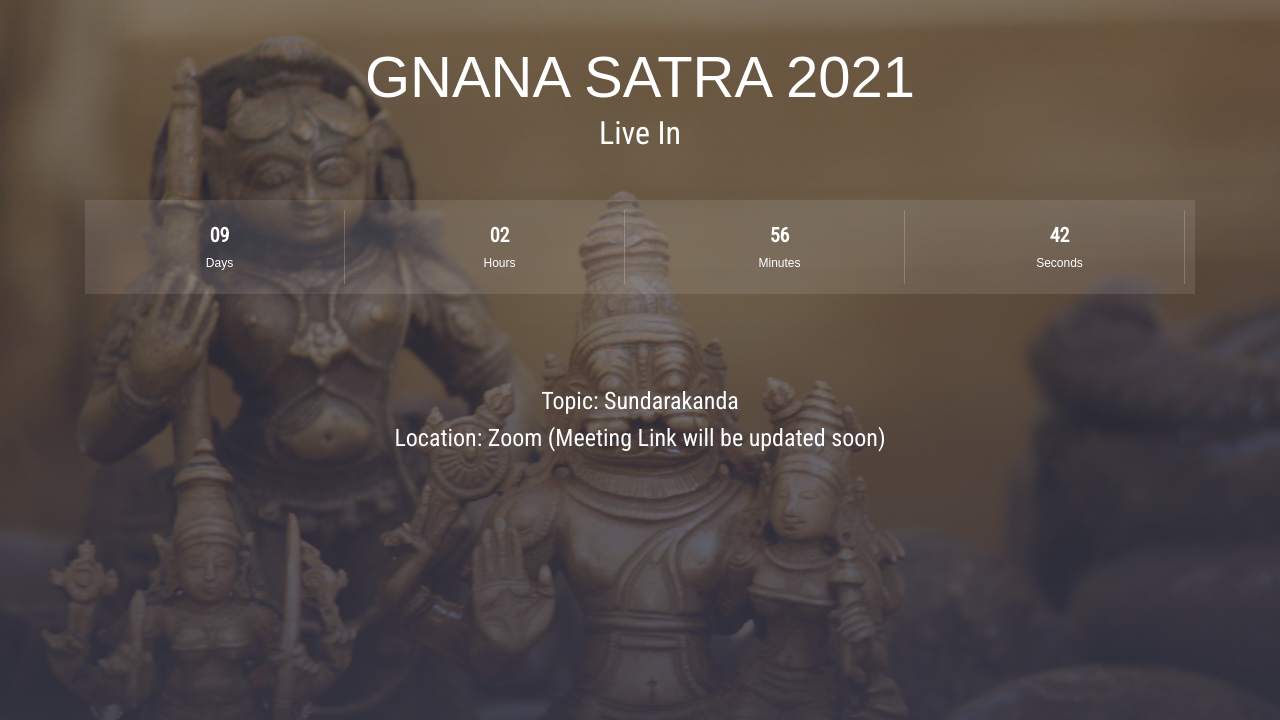
Repository: anirudhbichal/gs
Page: /
An editor plug-in stored every save of this project. The page is shown before and after the next save, followed by the edit.
The browser window is 1280 px wide. The pictures show the whole page.
Some web fonts or font styles are not loaded; a fallback is used. The project was rebuilt for these pictures with package versions that can differ from the ones it lists, and the page was loaded fresh each time.

Above is the page before, as saved 2021-05-17 18:24:50.

### public/index.html
<!DOCTYPE html>
<html lang="en">
  <head>
    <meta charset="utf-8" />
    <meta name="viewport" content="width=device-width, initial-scale=1" />
    <meta name="theme-color" content="#000000" />
    <meta
      name="description"
      content="Gnana Satra website"
    />
    <link rel="apple-touch-icon" href="%PUBLIC_URL%/logo192.png" />
    <!--
      manifest.json provides metadata used when your web app is installed on a
      user's mobile device or desktop. See https://developers.google.com/web/fundamentals/web-app-manifest/
    -->
    <link rel="manifest" href="%PUBLIC_URL%/manifest.json" />
    <!--
      Notice the use of %PUBLIC_URL% in the tags above.
      It will be replaced with the URL of the `public` folder during the build.
      Only files inside the `public` folder can be referenced from the HTML.

      Unlike "/favicon.ico" or "favicon.ico", "%PUBLIC_URL%/favicon.ico" will
      work correctly both with client-side routing and a non-root public URL.
      Learn how to configure a non-root public URL by running `npm run build`.
    -->
    <title>Gnana Satra</title>
  </head>
  <body>
    <noscript>You need to enable JavaScript to run this app.</noscript>
    <div id="root"></div>
    <!--
      This HTML file is a template.
      If you open it directly in the browser, you will see an empty page.

      You can add webfonts, meta tags, or analytics to this file.
      The build step will place the bundled scripts into the <body> tag.

      To begin the development, run `npm start` or `yarn start`.
      To create a production bundle, use `npm run build` or `yarn build`.
    -->
  </body>
</html>

### src/App.js
import 'bootstrap/dist/css/bootstrap.min.css';
import './App.css';
import Container from 'react-bootstrap/Container';
import Timer from "./components/countdown/Timer";

function App() {
  return (
    <div className="App">
      <Container className="my-5">
        <h1>
          Gnana Satra 2021
        </h1>
        <h2 className="mb-5">Live In</h2>
        <Timer />
        <h4 className="mt-5 css-typing">
          Annual Gnana satra this year from 26/5/2021 to 1/6/2021 from 7 pm to 8pm by Shri PT Venkatagirish Achar
        </h4>
        <h4 className="mt-3">
          Topic: Sundarakanda
        </h4>
        <h4>
          Location: Zoom (Meeting Link will be updated soon)
        </h4>
      </Container>
    </div>
  );
}

export default App;

### src/App.css
@import url("https://fonts.googleapis.com/css?family=Roboto+Condensed&display=swap");
@import url('https://fonts.cdnfonts.com/css/samarkan');

body {
  color: #fff;
  font-family: "Roboto Condensed", sans-serif;
  background-image: url('gs-bg.jpg');
  background-position: top top;
  background-size: cover;
  margin: 0;
}

.App {
  position: fixed;
  top: 0;
  left: 0;
  right: 0;
  bottom: 0;
  text-align: center;
  background: rgb(55, 55, 70);
  background: linear-gradient(
    0deg,
    rgba(55, 55, 70, 0.9) 0%,
    rgba(55, 55, 70, 0.7) 50%,
    rgba(55, 55, 70, 0.6) 100%
  );
}

h1 {
  font-family: 'Samarkan', sans-serif;
  font-size: 58px;
  text-transform: uppercase;
  line-height: 1;
}

.css-typing {
  border-right: .15em solid white;
  width: auto;
  white-space: nowrap;
  overflow: hidden;
  -webkit-animation: type 2s steps(40, end);
  animation: type 2s steps(40, end);
  -webkit-animation-fill-mode: forwards;
  animation-fill-mode: forwards;
}

@keyframes type {
  0% {
    width: 0;
  }
  99.9% {
    border-right: .15em solid white;
  }
  100% {
    border: none;
  }
}

@-webkit-keyframes type {
  0% {
    width: 0;
  }
  99.9% {
    border-right: .15em solid white;
  }
  100% {
    border: none;
  }
}

@keyframes blink {
  50% {
    border-color: transparent;
  }
}
@-webkit-keyframes blink {
  50% {
    border-color: tranparent;
  }
}

### src/components/countdown/Timer.js
import React, { Component } from "react";
// import moment from 'moment';
import Container from 'react-bootstrap/Container';
import Row from 'react-bootstrap/Row';
import Col from 'react-bootstrap/Col';
import "./Timer.css";

class CountDown extends Component {
  constructor(props) {
    super(props);
    this.count = this.count.bind(this);
    this.state = {
      days: 0,
      minutes: 0,
      hours: 0,
      secounds: 0,
      time_up: ""
    };
    this.x = null;
    this.deadline = null;
  }
  count() {
    var now = new Date().getTime();
    var t = this.deadline - now;
    var dd = Math.floor(t / (1000 * 60 * 60 * 24));
    var hh = Math.floor((t % (1000 * 60 * 60 * 24)) / (1000 * 60 * 60));
    var mm = Math.floor((t % (1000 * 60 * 60)) / (1000 * 60));
    var ss = Math.floor((t % (1000 * 60)) / 1000);

    var days = dd < 10 ? "0" + dd : dd;
    var hours = hh < 10 ? "0" + hh : hh;
    var minutes = mm < 10 ? "0" + mm : mm;
    var seconds = ss < 10 ? "0" + ss : ss;

    this.setState({ days, minutes, hours, seconds });

    if (t < 0) {
      clearInterval(this.x);
      this.setState({
        days: 0,
        minutes: 0,
        hours: 0,
        seconds: 0,
        time_up: "TIME IS UP"
      });
    }
  }
  componentDidMount() {
    this.deadline = new Date("May 26, 2021 19:00:00").getTime();

    this.x = setInterval(this.count, 1000);
  }

  render() {
    const { days, seconds, hours, minutes } = this.state;
    return (
      <Container id="countdown">
        <Row>
            <Col>
                <div className="box">
                    <p id="day">{days}</p>
                    <span className="text">Days</span>
                </div>
            </Col>
            <Col>
                <div className="box">
                    <p id="hour">{hours}</p>
                    <span className="text">Hours</span>
                </div>
            </Col>
            <Col>
                <div className="box">
                    <p id="minute">{minutes}</p>
                    <span className="text">Minutes</span>
                </div>
            </Col>
            <Col>
                <div className="box">
                    <p id="second">{seconds}</p>
                    <span className="text">Seconds</span>
                </div>
            </Col>
        </Row>
      </Container>
    );
  }
}

export default CountDown;

### src/components/countdown/Timer.css
#countdown {
    padding: 10px;
    background-color: rgba(255, 255, 255, 0.1);
    display: inline-block;
    text-align: center;
    margin: auto;
  }
  #countdown .box {
    padding: 10px;
    border-right: solid 1px rgba(255, 255, 255, 0.2);
  }
  #countdown .col-4:last-child .box {
    border-right-color: transparent;
  }
  #countdown .box p {
    font-size: 20px;
    font-weight: bold;
    margin: 0;
  }
  #countdown .box .text {
    font-size: 12px;
    font-family: sans-serif;
  }

Loaded but not shown: src/index.js (common file); src/index.css (common file); src/reportWebVitals.js (common file)

After the next save:
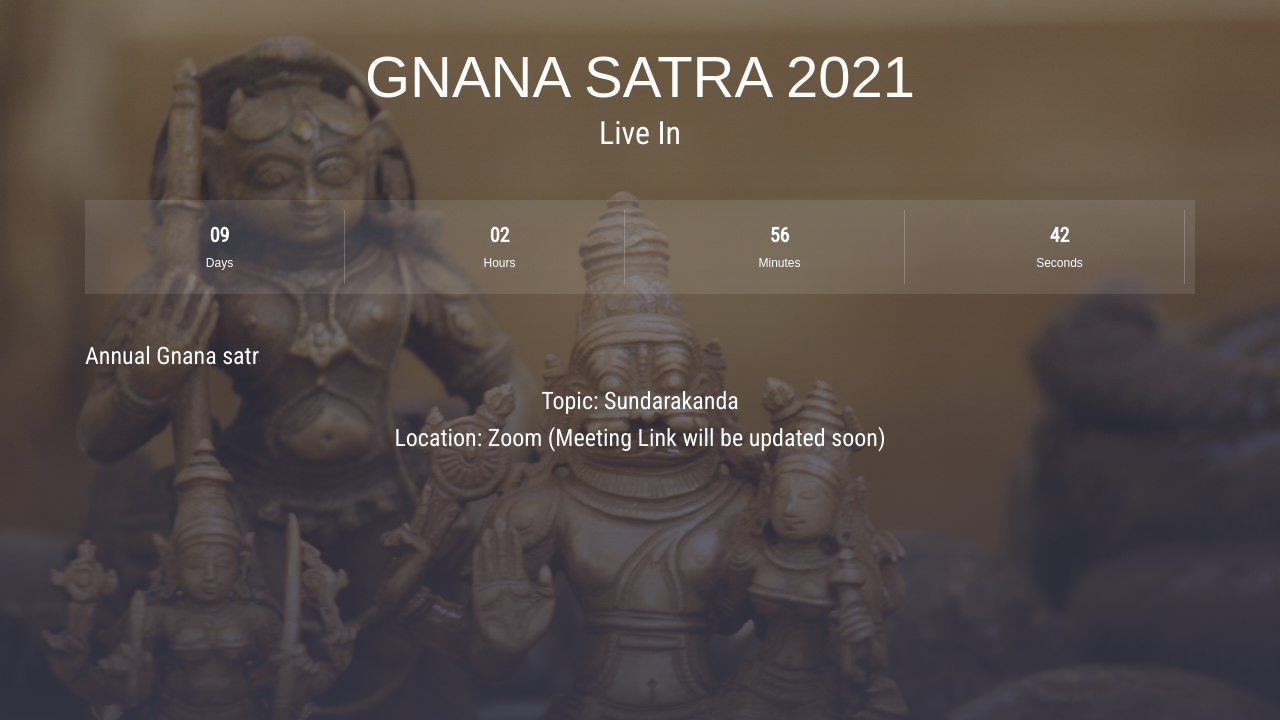
Saved 54 s later.
--- a/src/App.css
+++ b/src/App.css
@@ -35,7 +35,7 @@ h1 {
 
 .css-typing {
   border-right: .15em solid white;
-  width: auto;
+  width: 7.3em;
   white-space: nowrap;
   overflow: hidden;
   -webkit-animation: type 2s steps(40, end);
